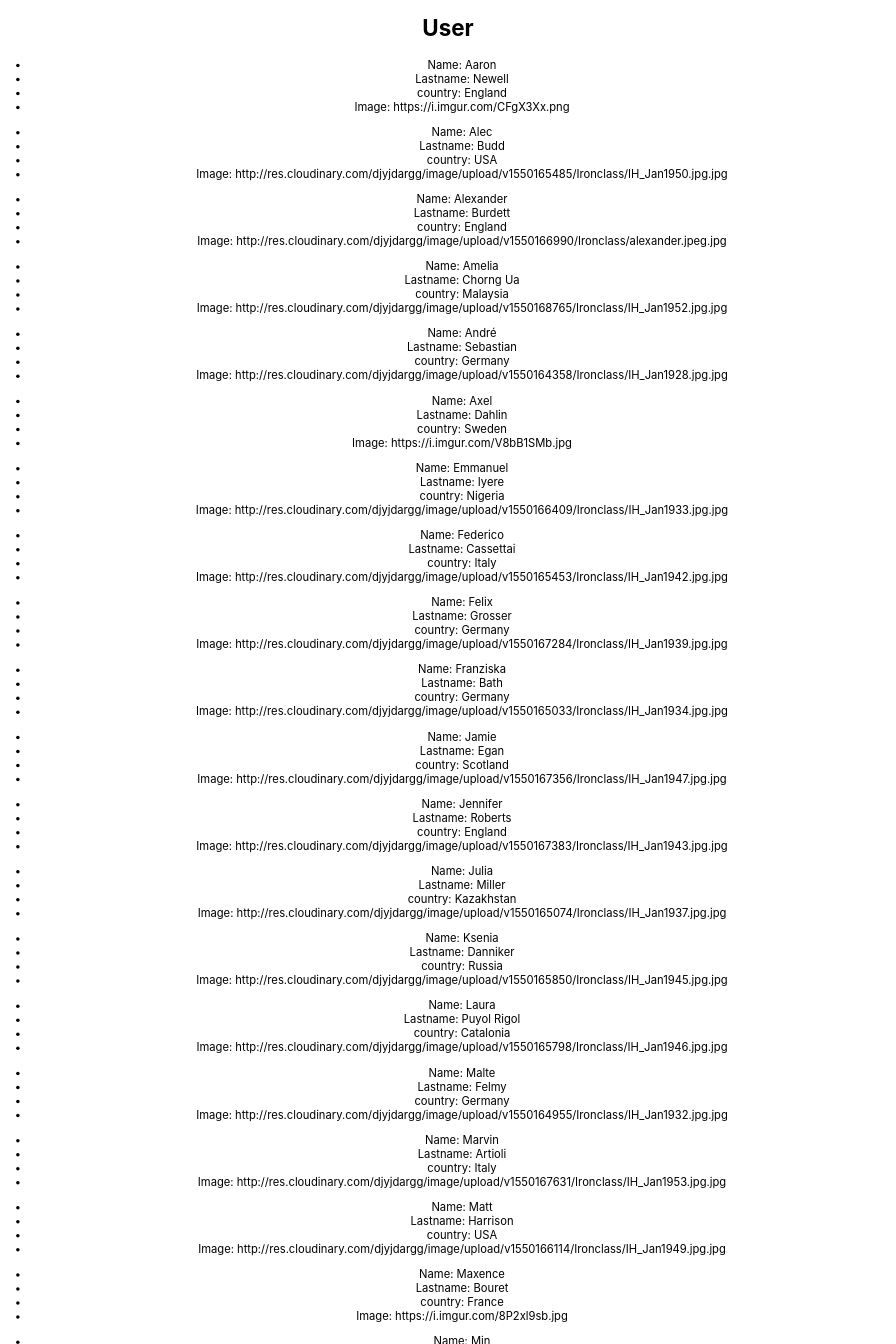
Repository: konstantin0s/iron-exercises
Page: /
An editor plug-in stored every save of this project. The page is shown before and after the next save, followed by the edit.
The browser window is 1280 px wide. The pictures show the part of the page from y = 0 to 1920 px (the page is 2770 px tall), at 70% of full size.
The project was rebuilt for these pictures with package versions that can differ from the ones it lists, and the page was loaded fresh each time.

Above is the page before, as saved 2019-03-11 15:44:53.

### src/App.js
import React, { Component } from 'react';
import users  from './UsersList';
import User from './User';
import './App.css';

class App extends Component {
  render() {
    console.log(users);
    return (
      <div className="App">
        <h1>User</h1>

        {
    users.map(function(value,i)
    {
    return <User firstName={value.firstName} key={i}
                  lastName={value.lastName} key={i}
                   country={value.country} key={i}
                   img={value.img} key={i}

    />

    }
    )
    }

        {/* <User
           {users.firstName}
           {users.lastName}
          {users.gender}
          {users.height}
          {users.picture}
        /> */}

      </div>
    );
  }
}

export default App;

### src/UsersList.js


 import React, { Component } from 'react';

    const users  = [

      {"firstName": "Aaron", "lastName": "Newell", "country": "England", "img": "https://i.imgur.com/CFgX3Xx.png", "isStudent": false},
      {"firstName": "Alec", "lastName": "Budd", "country": "USA", "img": "http://res.cloudinary.com/djyjdargg/image/upload/v1550165485/Ironclass/IH_Jan1950.jpg.jpg", "isStudent": true},
      {"firstName": "Alexander", "lastName": "Burdett", "country": "England", "img": "http://res.cloudinary.com/djyjdargg/image/upload/v1550166990/Ironclass/alexander.jpeg.jpg", "isStudent": true},
      {"firstName": "Amelia", "lastName": "Chorng Ua", "country": "Malaysia", "img": "http://res.cloudinary.com/djyjdargg/image/upload/v1550168765/Ironclass/IH_Jan1952.jpg.jpg", "isStudent": true},
      {"firstName": "André", "lastName": "Sebastian", "country": "Germany", "img": "http://res.cloudinary.com/djyjdargg/image/upload/v1550164358/Ironclass/IH_Jan1928.jpg.jpg", "isStudent": true},
      {"firstName": "Axel", "lastName": "Dahlin", "country": "Sweden", "img": "https://i.imgur.com/V8bB1SMb.jpg", "isStudent": false},
      {"firstName": "Emmanuel", "lastName": "Iyere", "country": "Nigeria", "img": "http://res.cloudinary.com/djyjdargg/image/upload/v1550166409/Ironclass/IH_Jan1933.jpg.jpg", "isStudent": true},
      {"firstName": "Federico", "lastName": "Cassettai", "country": "Italy", "img": "http://res.cloudinary.com/djyjdargg/image/upload/v1550165453/Ironclass/IH_Jan1942.jpg.jpg", "isStudent": true},
      {"firstName": "Felix", "lastName": "Grosser", "country": "Germany", "img": "http://res.cloudinary.com/djyjdargg/image/upload/v1550167284/Ironclass/IH_Jan1939.jpg.jpg", "isStudent": true},
      {"firstName": "Franziska", "lastName": "Bath", "country": "Germany", "img": "http://res.cloudinary.com/djyjdargg/image/upload/v1550165033/Ironclass/IH_Jan1934.jpg.jpg", "isStudent": true},
      {"firstName": "Jamie", "lastName": "Egan", "country": "Scotland", "img": "http://res.cloudinary.com/djyjdargg/image/upload/v1550167356/Ironclass/IH_Jan1947.jpg.jpg", "isStudent": true},
      {"firstName": "Jennifer", "lastName": "Roberts", "country": "England", "img": "http://res.cloudinary.com/djyjdargg/image/upload/v1550167383/Ironclass/IH_Jan1943.jpg.jpg", "isStudent": true},
      {"firstName": "Julia", "lastName": "Miller", "country": "Kazakhstan", "img": "http://res.cloudinary.com/djyjdargg/image/upload/v1550165074/Ironclass/IH_Jan1937.jpg.jpg", "isStudent": true},
      {"firstName": "Ksenia", "lastName": "Danniker", "country": "Russia", "img": "http://res.cloudinary.com/djyjdargg/image/upload/v1550165850/Ironclass/IH_Jan1945.jpg.jpg", "isStudent": true},
      {"firstName": "Laura", "lastName": "Puyol Rigol", "country": "Catalonia", "img": "http://res.cloudinary.com/djyjdargg/image/upload/v1550165798/Ironclass/IH_Jan1946.jpg.jpg", "isStudent": true},
      {"firstName": "Malte", "lastName": "Felmy", "country": "Germany", "img": "http://res.cloudinary.com/djyjdargg/image/upload/v1550164955/Ironclass/IH_Jan1932.jpg.jpg", "isStudent": true},
      {"firstName": "Marvin", "lastName": "Artioli", "country": "Italy", "img": "http://res.cloudinary.com/djyjdargg/image/upload/v1550167631/Ironclass/IH_Jan1953.jpg.jpg", "isStudent": true},
      {"firstName": "Matt", "lastName": "Harrison", "country": "USA", "img": "http://res.cloudinary.com/djyjdargg/image/upload/v1550166114/Ironclass/IH_Jan1949.jpg.jpg", "isStudent": true},
      {"firstName": "Maxence", "lastName": "Bouret", "country": "France", "img": "https://i.imgur.com/8P2xl9sb.jpg", "isStudent": false},
      {"firstName": "Min", "lastName": "Sheng", "country": "Malaysia", "img": "http://res.cloudinary.com/djyjdargg/image/upload/v1550167221/Ironclass/IH_Jan1951.jpg.jpg", "isStudent": true},
      {"firstName": "Moritz", "lastName": "Opitz", "country": "Germany", "img": "http://res.cloudinary.com/djyjdargg/image/upload/v1550167694/Ironclass/IH_Jan1941.jpg.jpg", "isStudent": true},
      {"firstName": "Na'aman", "lastName": "Hirschfeld", "country": "Israel", "img": "http://res.cloudinary.com/djyjdargg/image/upload/v1550166075/Ironclass/IH_Jan1936.jpg.jpg", "isStudent": true},
      {"firstName": "Pedro", "lastName": "Arantes", "country": "Brazil", "img": "http://res.cloudinary.com/djyjdargg/image/upload/v1550167744/Ironclass/IH_Jan1929.jpg.jpg", "isStudent": true},
      {"firstName": "Petter", "lastName": "Astedt", "country": "Sweden", "img": "http://res.cloudinary.com/djyjdargg/image/upload/v1550167875/Ironclass/IH_Jan1948.jpg.jpg", "isStudent": true},
      {"firstName": "Ruby", "lastName": "Lai", "country": "Taiwan", "img": "http://res.cloudinary.com/djyjdargg/image/upload/v1550167904/Ironclass/IH_Jan1944.jpg.jpg", "isStudent": true},
      {"firstName": "Sinan", "lastName": "Taylan", "country": "Turkey", "img": "http://res.cloudinary.com/djyjdargg/image/upload/v1550167937/Ironclass/IH_Jan1940.jpg.jpg", "isStudent": true},
      {"firstName": "Svenja", "lastName": "Weiler", "country": "Germany", "img": "http://res.cloudinary.com/djyjdargg/image/upload/v1550167977/Ironclass/IH_Jan1938.jpg.jpg", "isStudent": true},
      {"firstName": "Thor", "lastName": "Flesjo", "country": "Norway", "img": "https://i.imgur.com/O5x4RPrb.jpg", "isStudent": false}
    ]



export default users;

### src/User.js
import React, { Component } from 'react';


class User extends React.Component {
  render() {
    return (
      <div className="User">
      <ul>
      <li>Name: {this.props.firstName}</li>
      <li>Lastname: {this.props.lastName}</li>
      <li>country: {this.props.country}</li>
       <li>Image: {this.props.img}</li>
       </ul>
      </div>
    )
  }
}



export default User;

Loaded but not shown: public/index.html (common file); src/index.js (common file); src/index.css (common file); src/serviceWorker.js (common file); src/App.css (common file)

After the next save:
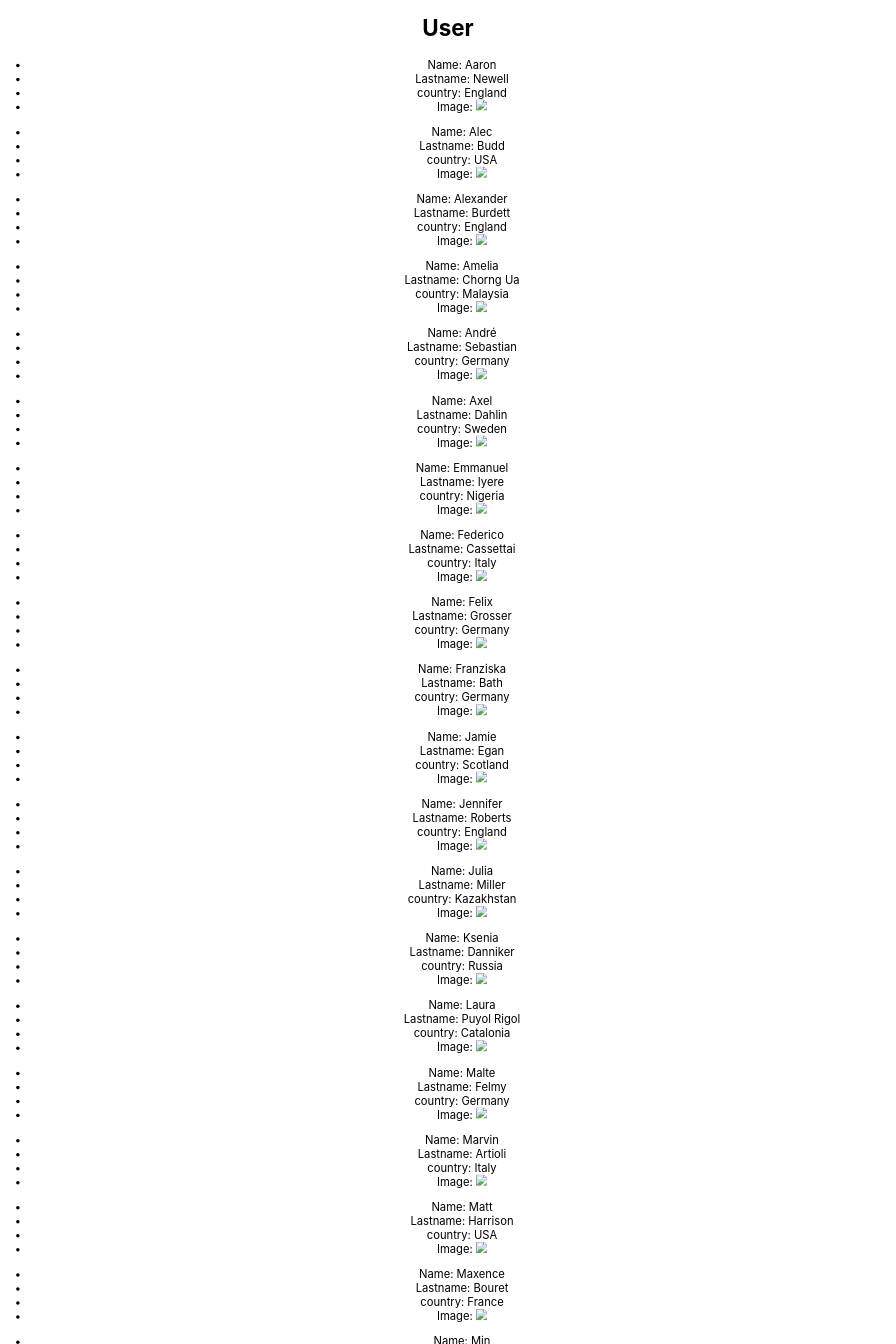
Not found: {this.props.img}
Saved 44 s later.
--- a/src/User.js
+++ b/src/User.js
@@ -9,7 +9,7 @@ class User extends React.Component {
       <li>Name: {this.props.firstName}</li>
       <li>Lastname: {this.props.lastName}</li>
       <li>country: {this.props.country}</li>
-       <li>Image: {this.props.img}</li>
+       <li>Image: <img src="{this.props.img}" /></li>
        </ul>
       </div>
     )
